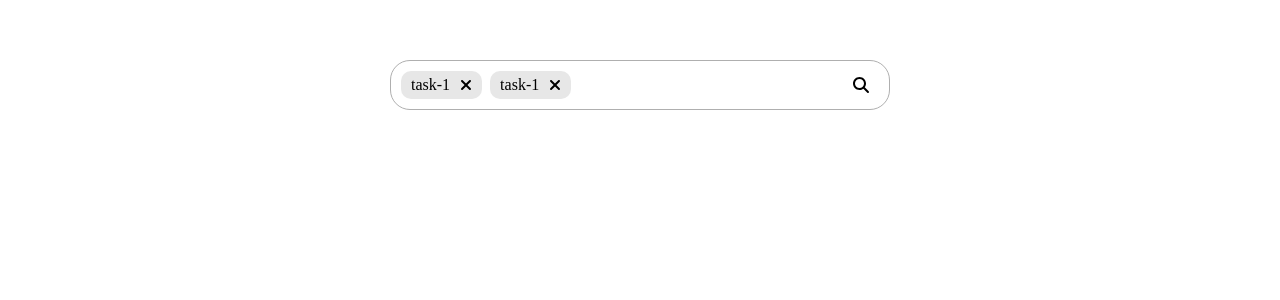
Repository: OkazakiTruong/selectOption
Page: /
An editor plug-in stored every save of this project. The page is shown before and after the next save, followed by the edit.
The browser window is 1280 px wide. The pictures show the whole page.
The project was rebuilt for these pictures with package versions that can differ from the ones it lists, and the page was loaded fresh each time. Also part of the build but not shown: vite.config.js.

Above is the page before, as saved 2024-01-17 22:51:57.

After the next save:
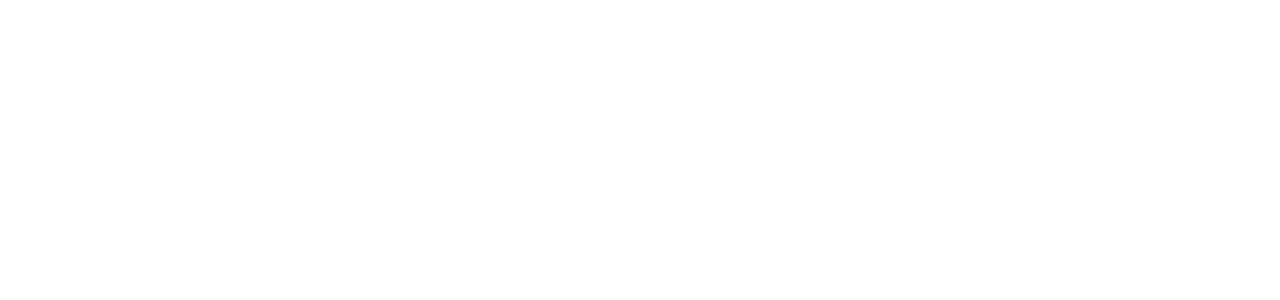
Console error: ReferenceError: handleItemClick is not defined
Saved 3 min 46 s later.
--- a/src/SelectBox/SelectBox.jsx
+++ b/src/SelectBox/SelectBox.jsx
@@ -62,7 +62,11 @@
         <div className="option-item">Task1</div> */}
         {optItems?.map((optItem) => {
           return (
-            <div className="option-item" key={optItem.id}>
+            <div
+              className="option-item"
+              key={optItem.id}
+              onClick={handleItemClick()}
+            >
               {optItem.name}
             </div>
           );

After the save that followed:
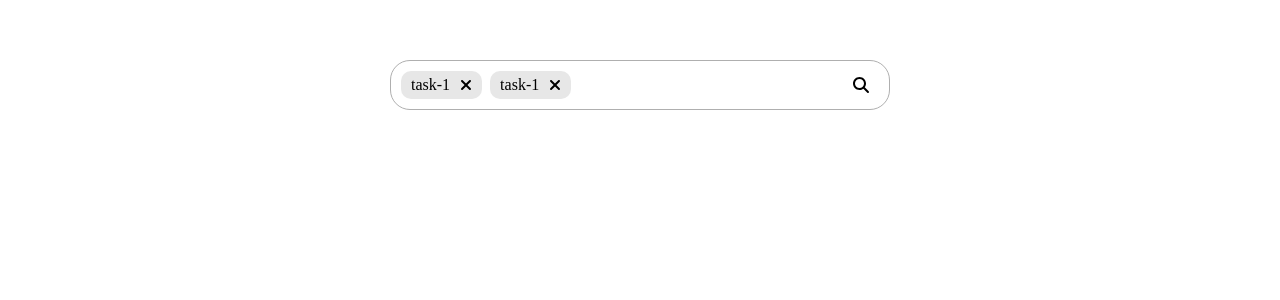
The error is gone.
Saved 25 s later.
--- a/src/SelectBox/SelectBox.jsx
+++ b/src/SelectBox/SelectBox.jsx
@@ -29,6 +29,9 @@
     } else {
       handleFocus();
     }
+  };
+  const handleItemClick = (e) => {
+    console.log(e);
   };
   return (
     <div>
